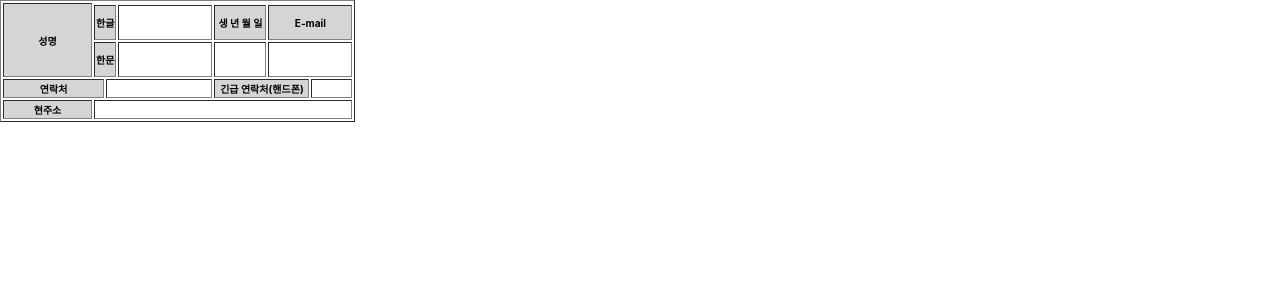
Repository: jiyeonyun/Resume
Page: / (app in resumes/)
The author's editor kept a copy of each file at every save. The page is drawn from the files as they stood at one save, then again after the next save.
The browser window is 1280 px wide. The pictures show the whole page.
The project was rebuilt for these pictures with package versions that can differ from the ones it lists, and the page was loaded fresh each time. Also part of the build but not shown: resumes/src/data/edudata.js, resumes/src/components/educationalHIstory/educational.jsx, resumes/src/components/footer/footer.jsx.

Above is the page before, as saved 2022-05-25 15:26:03.

### resumes/src/App.jsx
import { useState } from "react";
import styles from "./App.module.css";
import Educational from "./components/educationalHIstory/educational";
import Footer from "./components/footer/footer";
import PersonalInfo from "./components/personalInfo/personalInfo";
function App() {
  const [personalInfoData, setPersonalInfoData] = useState({
    name: "홍길동",
    birth: "1998-03-18",
    adress: "서울특별시 영등포구",
    email: "jyyun@zentropy.com",
    number: "010-2055-7663",
  });
  return (
    <div className="App">
      <PersonalInfo />
    </div>
  );
}

export default App;

### resumes/src/App.module.css
* {
  font-size: 10px;
}

### resumes/src/components/personalInfo/personalInfo.jsx
import React from "react";

const PersonalInfo = ({ personalInfoData }) => {
  return (
    <table border="1">
      <tr>
        <th rowSpan="3" width="85" height="70" bgcolor="D5D5D5">
          성명
        </th>
      </tr>
      <tr>
        <th colSpan="2" bgcolor="D5D5D5">
          한글
        </th>
        <td width="90"></td>
        <th bgcolor="D5D5D5">생 년 월 일</th>
        <th colSpan="2" width="80" bgcolor="D5D5D5">
          E-mail
        </th>
      </tr>

      <tr>
        <th colSpan="2" bgcolor="D5D5D5">
          한문
        </th>
        <td></td>
        <td></td>
        <td colSpan="2"></td>
      </tr>
      <tr>
        <th colSpan="2" width="50" bgcolor="D5D5D5">
          연락처
        </th>
        <td colSpan="2"></td>
        <th colSpan="2" width="50" bgcolor="D5D5D5">
          긴급 연락처(핸드폰)
        </th>
        <td colSpan="2"></td>
      </tr>
      <tr>
        <th bgcolor="D5D5D5">현주소</th>
        <td colSpan="8"></td>
      </tr>
    </table>
  );
};

export default PersonalInfo;

Loaded but not shown: resumes/public/index.html (common file); resumes/src/index.js (common file); resumes/src/index.css (common file); resumes/src/reportWebVitals.js (common file)

After the next save:
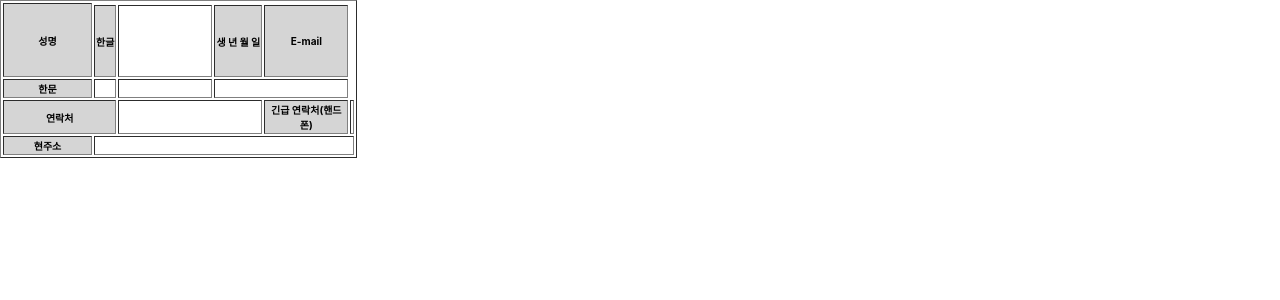
Saved 58 s later.
--- a/resumes/src/components/personalInfo/personalInfo.jsx
+++ b/resumes/src/components/personalInfo/personalInfo.jsx
@@ -4,14 +4,12 @@ const PersonalInfo = ({ personalInfoData }) => {
   return (
     <table border="1">
       <tr>
-        <th rowSpan="3" width="85" height="70" bgcolor="D5D5D5">
+        <th rowSpan="2" width="85" height="70" bgcolor="D5D5D5">
           성명
         </th>
       </tr>
       <tr>
-        <th colSpan="2" bgcolor="D5D5D5">
-          한글
-        </th>
+        <th bgcolor="D5D5D5">한글</th>
         <td width="90"></td>
         <th bgcolor="D5D5D5">생 년 월 일</th>
         <th colSpan="2" width="80" bgcolor="D5D5D5">
@@ -20,9 +18,7 @@ const PersonalInfo = ({ personalInfoData }) => {
       </tr>
 
       <tr>
-        <th colSpan="2" bgcolor="D5D5D5">
-          한문
-        </th>
+        <th bgcolor="D5D5D5">한문</th>
         <td></td>
         <td></td>
         <td colSpan="2"></td>
